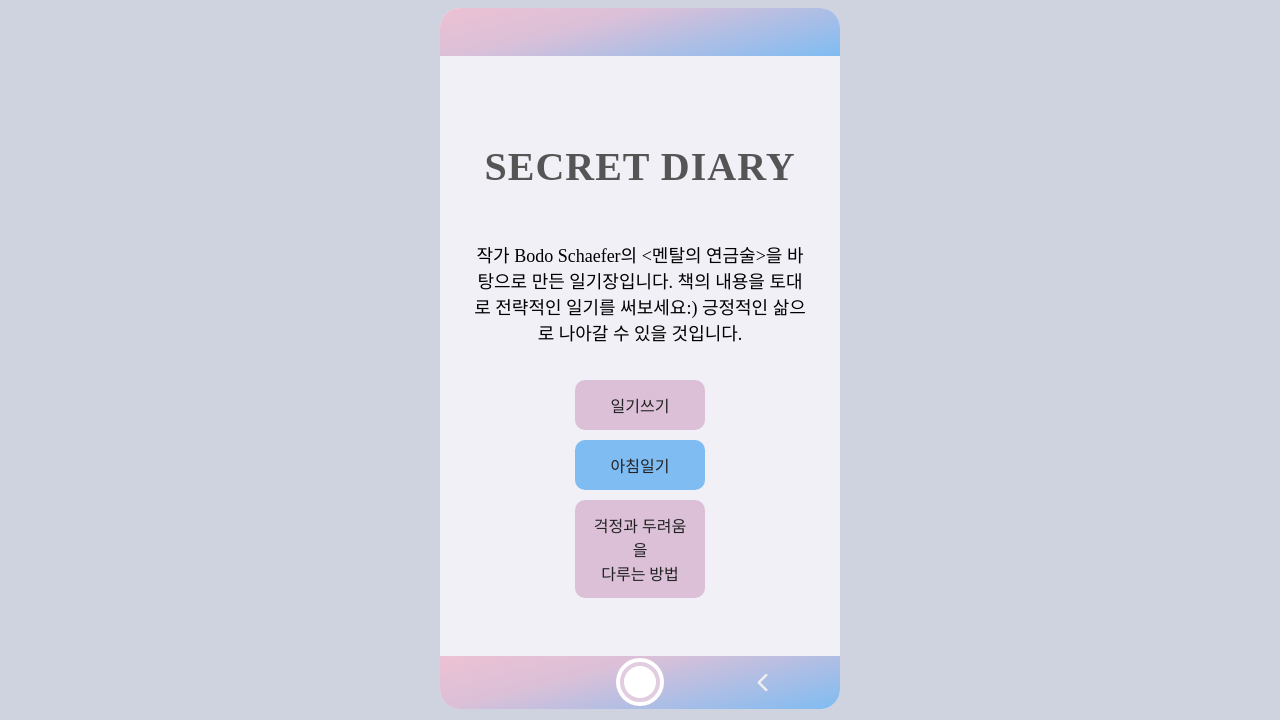
Repository: jinhee196/diary
Page: index.html
These files come from the project's save history. The page is drawn as it stood at one moment and after the next save; the edit follows.
The browser window is 1280 px wide. The pictures show the whole page.
Some web fonts or font styles are not loaded; a fallback is used. Some web libraries are served in a nearby version.

Above is the page before, as saved 2021-06-04 21:24:45.

After the next save:
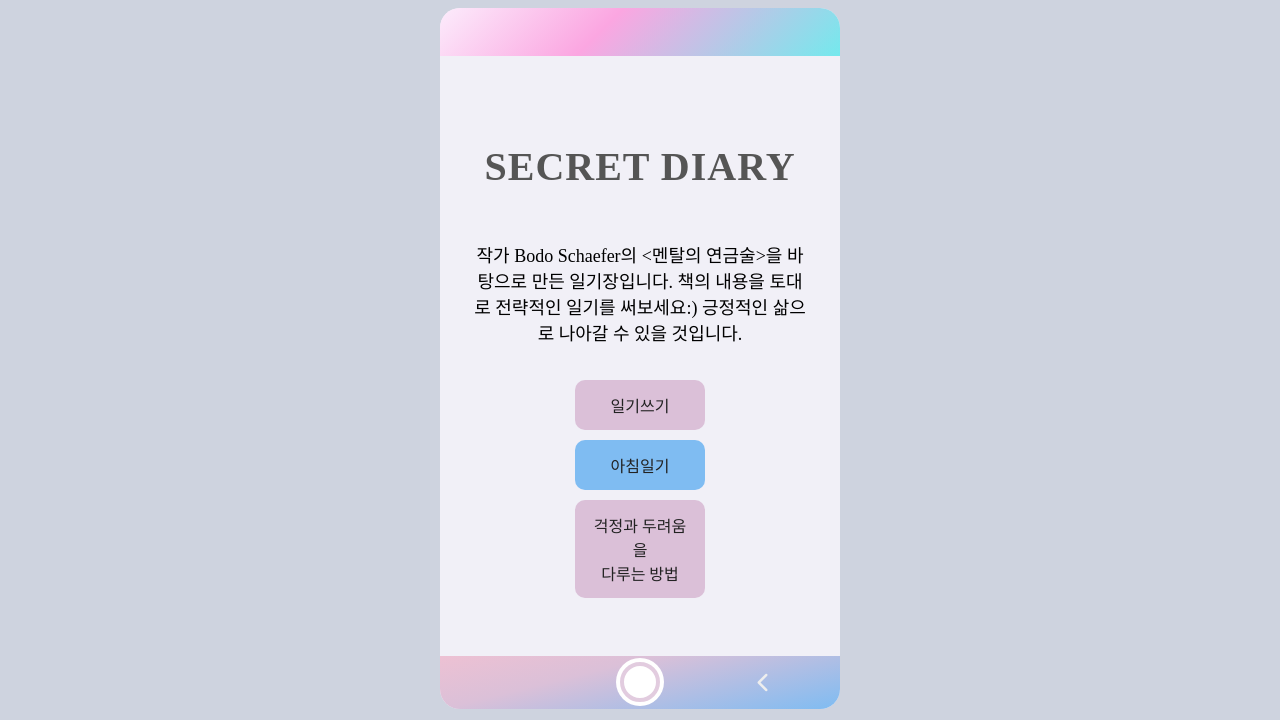
Saved 4 min 15 s later.
--- a/style.css
+++ b/style.css
@@ -31,14 +31,34 @@ section {
   height: 48px;
   padding: 8px;
   font-size: 24px;
-  background: rgba(237, 193, 211);
+  /* background: rgba(237, 193, 211);
 
   background: linear-gradient(
     166deg,
     rgba(237, 193, 211, 1) 0%,
     rgba(219, 192, 216, 1) 35%,
     rgba(127, 188, 242, 1) 100%
-  );
+  ); */
+  background: #fcecfc; /* Old browsers */
+  background: -moz-linear-gradient(
+    -45deg,
+    #fcecfc 0%,
+    #fba6e1 41%,
+    #74e9ed 100%
+  ); /* FF3.6-15 */
+  background: -webkit-linear-gradient(
+    -45deg,
+    #fcecfc 0%,
+    #fba6e1 41%,
+    #74e9ed 100%
+  ); /* Chrome10-25,Safari5.1-6 */
+  background: linear-gradient(
+    135deg,
+    #fcecfc 0%,
+    #fba6e1 41%,
+    #74e9ed 100%
+  ); /* W3C, IE10+, FF16+, Chrome26+, Opera12+, Safari7+ */
+  filter: progid:DXImageTransform.Microsoft.gradient( startColorstr='#fcecfc', endColorstr='#74e9ed',GradientType=1 ); /* IE6-9 fallback on horizontal gradient */
   border-radius: 20px 20px 0 0;
   color: #fff;
 }
